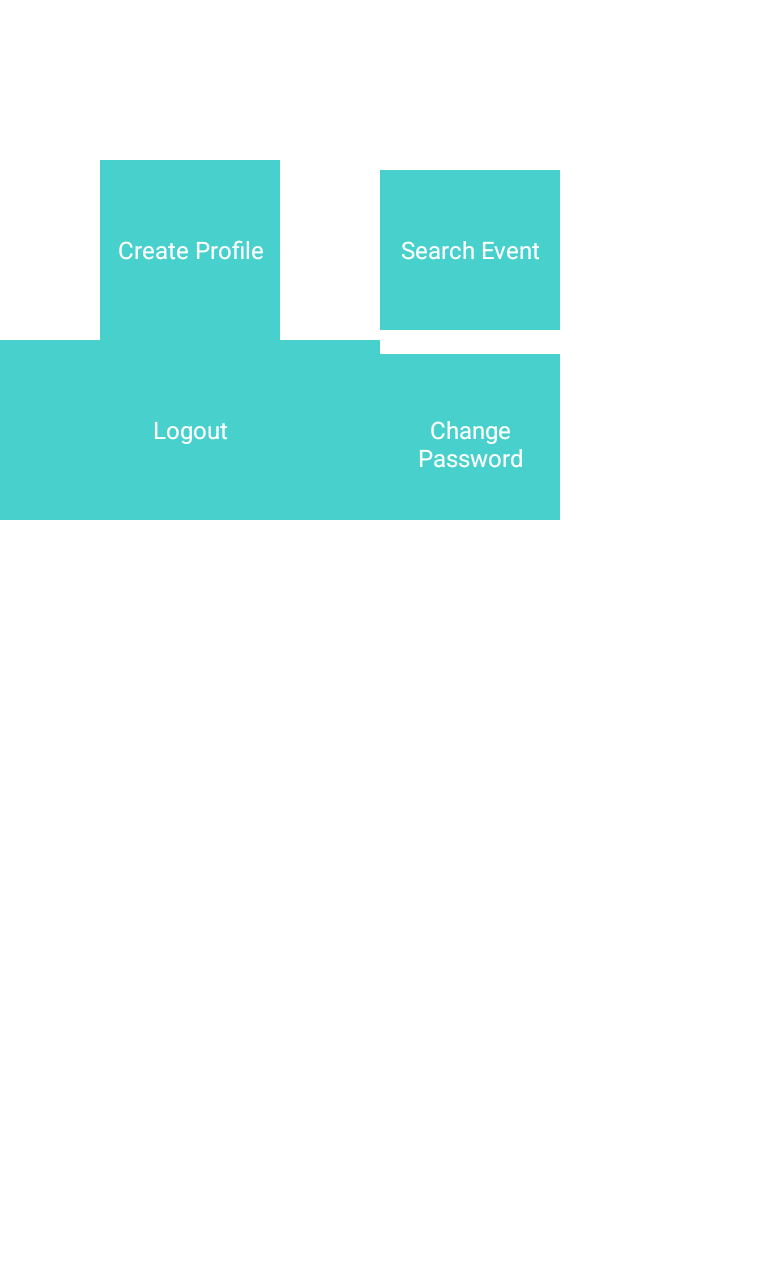
Repository: COMP231-S63G1/COMP231-S63G1
Layout: Wanna/res/layout/login_success.xml
The author's editor kept a copy of each file at every save. The layout is drawn from the files as they stood at one save, then again after the next save.
It is drawn on a 768 x 1280 px phone screen (xhdpi) without system bars, with theme AppTheme; the app's code is not run. The app's manifest (not shown) leaves right-to-left support off. So textAlignment, textDirection and layoutDirection are ignored, and left and right values win over start and end ones.

Above is the layout before, as saved 2014-10-24 15:43:35.

### Wanna/res/layout/login_success.xml
<?xml version="1.0" encoding="utf-8"?>

<LinearLayout xmlns:android="http://schemas.android.com/apk/res/android"
              android:orientation="vertical"
              android:layout_width="match_parent"
              android:layout_height="match_parent"

              >

    <TextView
            android:layout_width="200dp"
            android:textColor="#48D1CC"
            android:layout_height="40dp"
            android:id="@+id/textwelcome"
            android:textSize="25sp"
            android:gravity="center"
            />
    <TextView
            android:layout_width="125dp"
            android:layout_height="40dp"
            android:id="@+id/lname"
            android:layout_alignParentTop="true"
            android:textColor="#000000"
            android:layout_toRightOf="@+id/textwelcome"
            android:textSize="20sp"/>

<TableLayout
    android:layout_width="match_parent"
    android:layout_height="match_parent"
    >
<TableRow>
<Button
        android:id="@+id/createProf"
        android:layout_width="90dp"
        android:layout_height="90dp"
        android:background="#48D1CC"
        android:text="Create Profile"
        android:textColor="#ffffff"
        android:textSize="12sp"
        android:layout_marginLeft="50dp"
        android:layout_marginRight="50dp"

        />

      <Button
            android:layout_width="80dp"
            android:layout_height="80dp"
            android:text="Search Event"
            android:id="@+id/searchEvent"
            android:textSize="12sp"
            android:textColor="#ffffff"
            android:background="#48D1CC"
      />
</TableRow>
<TableRow>

    <Button
            android:layout_width="90dp"
            android:layout_height="90dp"
            android:text="Logout"
            android:id="@+id/logout"
            android:textSize="12sp"
            android:textColor="#ffffff"
            android:background="#48D1CC"
      />



    <Button
        android:id="@+id/btchangepass"
        android:layout_width="90dp"
        android:layout_height="90dp"
		android:background="#48D1CC"
        android:layout_below="@+id/textwelcome"
        android:text="Change Password"
        android:textColor="#ffffff"
        android:textSize="12sp" />
    </TableRow>

    </TableLayout>
    <TextView
            android:layout_width="100dp"
            android:layout_height="25dp"
            android:text="User Panel"
            android:id="@+id/textView"
            android:layout_below="@+id/logout"
            android:layout_alignParentRight="true"
            android:textSize="18sp" android:textColor="#000000"
            android:textAlignment="center"/>

</LinearLayout>

Loaded but not shown: Wanna/res/values/styles.xml (common file); Wanna/res/values-v11/styles.xml (common file); Wanna/res/values-v14/styles.xml (common file)

After the next save:
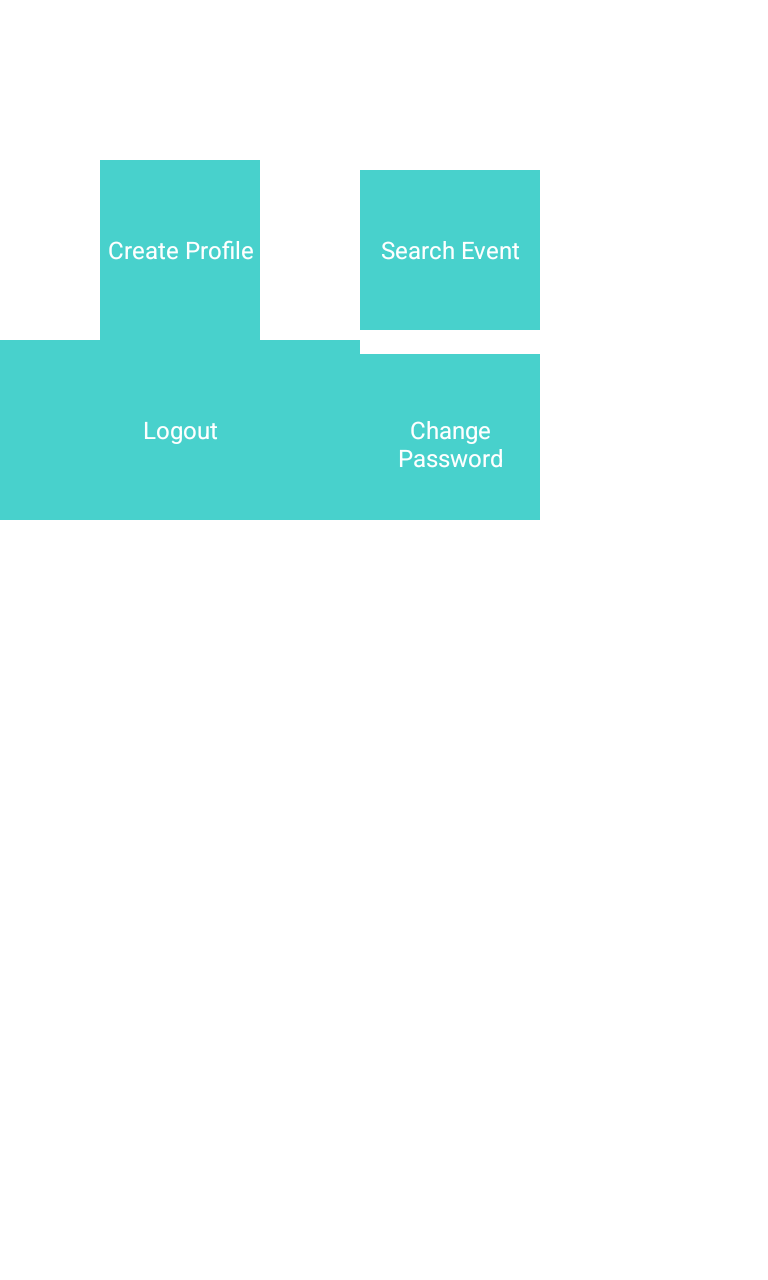
Saved 7 s later.
--- a/Wanna/res/layout/login_success.xml
+++ b/Wanna/res/layout/login_success.xml
@@ -31,7 +31,7 @@
 <TableRow>
 <Button
         android:id="@+id/createProf"
-        android:layout_width="90dp"
+        android:layout_width="80dp"
         android:layout_height="90dp"
         android:background="#48D1CC"
         android:text="Create Profile"
